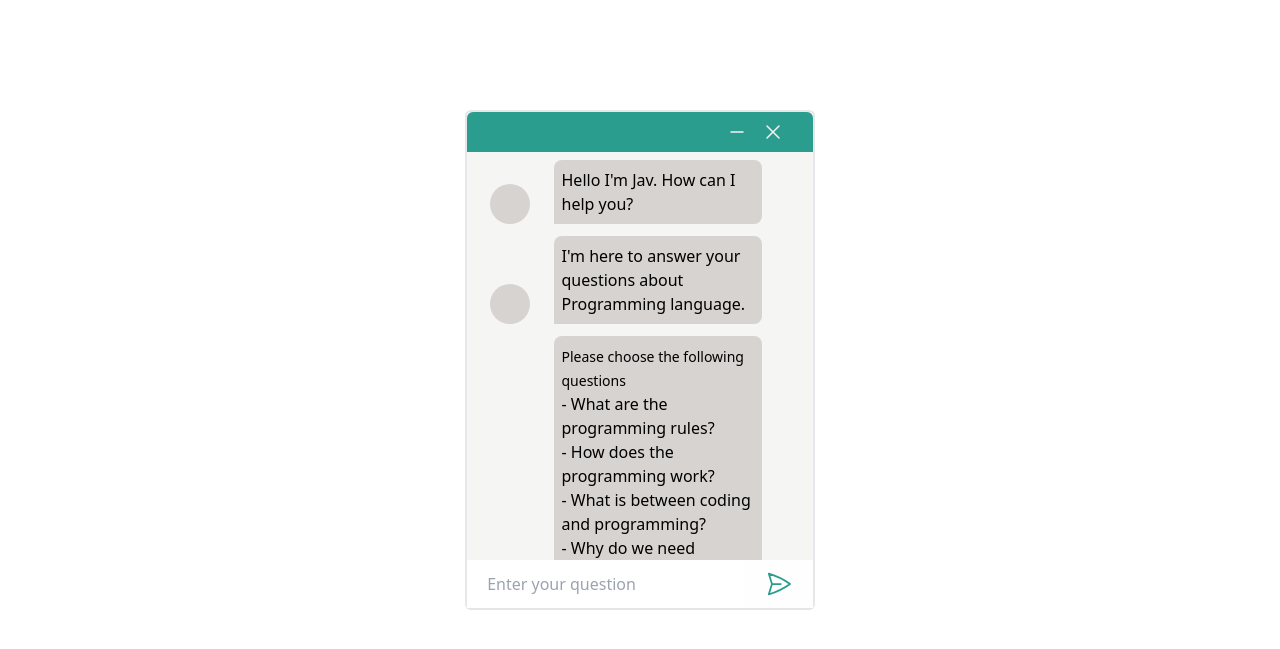
Repository: hsumyatm7308/Chatbot
Page: index.html
These files come from the project's save history. The page is drawn as it stood at one moment and after the next save; the edit follows.
The browser window is 1280 px wide. The pictures show the whole page.
Some web libraries are served in a nearby version.

Above is the page before, as saved 2023-07-09 12:39:50.

### index.html
<!DOCTYPE html>
<html>

<head>
    <title>Chat Bot</title>
    <script src="https://cdn.tailwindcss.com"></script>
</head>

<body class="bg-[#fffff]">

    <div class="w-screen h-screen flex justify-center items-center   container">
        <div class="w-[350px] h-[500px] bg-[#f4f4f4] border-2 border-b-stone-200 rounded-md relative chatbot-container">
            <div
                class="w-full h-10 text-[#f4f4f4] bg-[#2a9d8f] rounded-tl-md rounded-tr-md flex justify-end items-center">
                <svg xmlns="http://www.w3.org/2000/svg" fill="none" viewBox="0 0 24 24" stroke-width="1.5"
                    stroke="currentColor" class="w-6 h-6 mr-3">
                    <path stroke-linecap="round" stroke-linejoin="round" d="M18 12H6" />
                </svg>

                <svg xmlns="http://www.w3.org/2000/svg" fill="none" viewBox="0 0 24 24" stroke-width="1.5"
                    stroke="currentColor" class="w-6 h-6 mr-7">
                    <path stroke-linecap="round" stroke-linejoin="round" d="M6 18L18 6M6 6l12 12" />
                </svg>

            </div>

            <div class="w-full h-[410px] bg-stone-100 overflow-y-scroll">
                <div class="w-full grid grid-cols-4 flex profile-side mt-2 mb-3">
                    <div class="w-full h-auto flex justify-center items-end">
                        <div class="w-10 h-10 rounded-full bg-stone-300">

                        </div>
                    </div>
                    <div class=" col-span-3">
                        <div class="w-full h-auto ">
                            <div class="w-52 h-full bg-stone-300 rounded-lg rounded-bl-none p-2">
                                <span>Hello I'm Jav. How can I help you?</span>
                            </div>
                        </div>
                    </div>
                </div>


                <div class="w-full grid grid-cols-4 flex profile-side mt-2 mb-3">
                    <div class="w-full h-auto flex justify-center items-end">
                        <div class="w-10 h-10 rounded-full bg-stone-300">

                        </div>
                    </div>
                    <div class=" col-span-3">
                        <div class="w-full h-auto ">
                            <div class="w-52 h-full bg-stone-300 rounded-lg rounded-bl-none p-2">
                                <span class="">I'm here to answer your questions about Programming language.</span>
                            </div>
                        </div>
                    </div>
                </div>



                <div class="w-full grid grid-cols-4 flex profile-side mt-2 mb-3">
                    <div class="w-full h-auto flex justify-center items-end">
                        <div class="w-10 h-10 rounded-full bg-stone-300">

                        </div>
                    </div>
                    <div class=" col-span-3">
                        <div class="w-full h-auto ">
                            <div class="w-52 h-full bg-stone-300 rounded-lg rounded-bl-none p-2">
                                <span>
                                    <span class="text-sm">Please choose the following questions</span>
                                    <ul>
                                        <li class="text-md"><a href="">- What are the programming rules?</a></li>
                                        <li class="text-md"><a href="">- How does the programming work?</a></li>
                                        <li class="text-md"><a href="">- What is between coding and programming?</a></li>
                                        <li class="text-md"><a href="">- Why do we need programming?</a></li>
                                        <li class="text-md"><a href="">- Why is coding important?</a></li>
                                    </ul>
                                </span>
                            </div>
                        </div>
                    </div>
                </div>


                <!-- from cus -->
                <div class="w-full  flex justify-end  profile-side mt-2 mb-3">
                    <div>
                        <div class="w-full h-auto  flex justify-end">
                            <div class="w-52 h-full bg-stone-300 rounded-lg rounded-br-none  p-2">
                                <span>I'm here to answer your questions about Programming language.</span>
                            </div>
                        </div>
                    </div>



                </div>

            </div>




            <div class="w-full h-12 bg-red-100 absolute bottom-0 z-10">
                <form action="" class="w-full h-12 bg-[#fefefe] flex justify-between items-center">
                    <input type="text" class="w-[80%] h-full  rounded-bl-md p-4" placeholder=" Enter your question">

                    <button type="submit" class="mr-5">
                        <svg xmlns="http://www.w3.org/2000/svg" fill="none" viewBox="0 0 24 24" stroke-width="1.5"
                            stroke="currentColor" class="w-7 h-7 text-[#2a9d8f]">
                            <path stroke-linecap="round" stroke-linejoin="round"
                                d="M6 12L3.269 3.126A59.768 59.768 0 0121.485 12 59.77 59.77 0 013.27 20.876L5.999 12zm0 0h7.5" />
                        </svg>

                    </button>
                </form>
            </div>


        </div>


    </div>


</body>

</html>

After the next save:
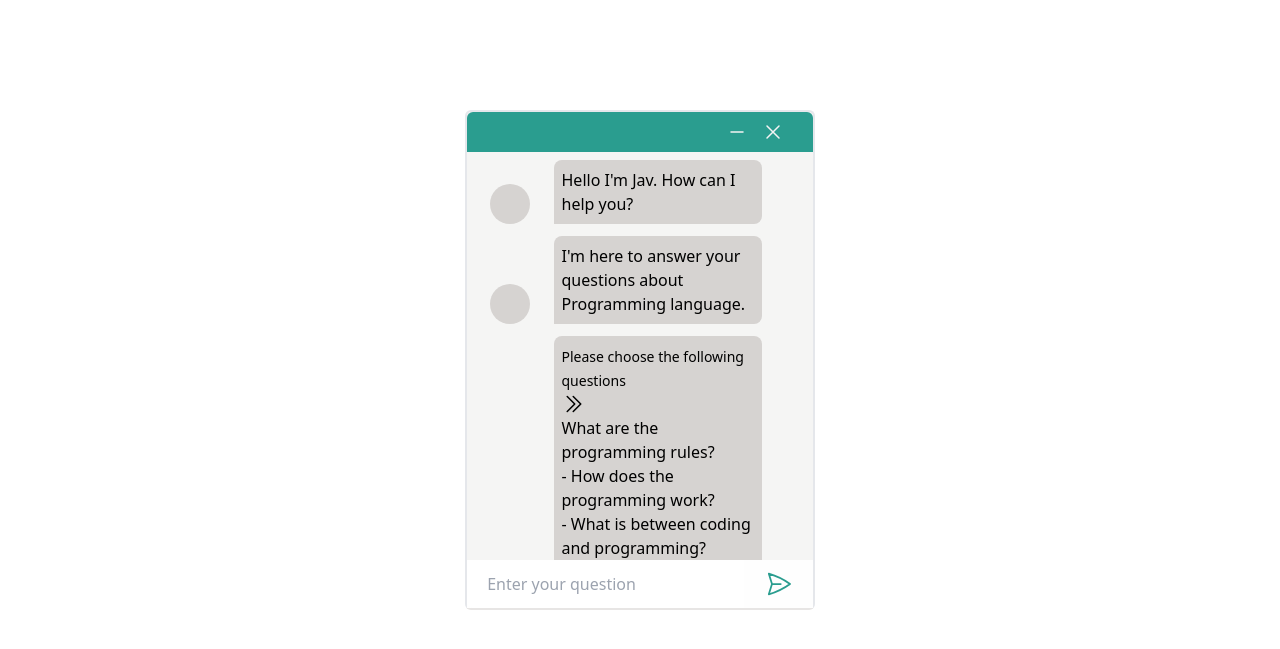
Saved 65 s later.
--- a/index.html
+++ b/index.html
@@ -70,9 +70,16 @@
                                 <span>
                                     <span class="text-sm">Please choose the following questions</span>
                                     <ul>
-                                        <li class="text-md"><a href="">- What are the programming rules?</a></li>
+                                        <li class="text-md"><a href=""><svg xmlns="http://www.w3.org/2000/svg"
+                                                    fill="none" viewBox="0 0 24 24" stroke-width="1.5"
+                                                    stroke="currentColor" class="w-6 h-6">
+                                                    <path stroke-linecap="round" stroke-linejoin="round"
+                                                        d="M11.25 4.5l7.5 7.5-7.5 7.5m-6-15l7.5 7.5-7.5 7.5" />
+                                                </svg>
+                                                What are the programming rules?</a></li>
                                         <li class="text-md"><a href="">- How does the programming work?</a></li>
-                                        <li class="text-md"><a href="">- What is between coding and programming?</a></li>
+                                        <li class="text-md"><a href="">- What is between coding and programming?</a>
+                                        </li>
                                         <li class="text-md"><a href="">- Why do we need programming?</a></li>
                                         <li class="text-md"><a href="">- Why is coding important?</a></li>
                                     </ul>
